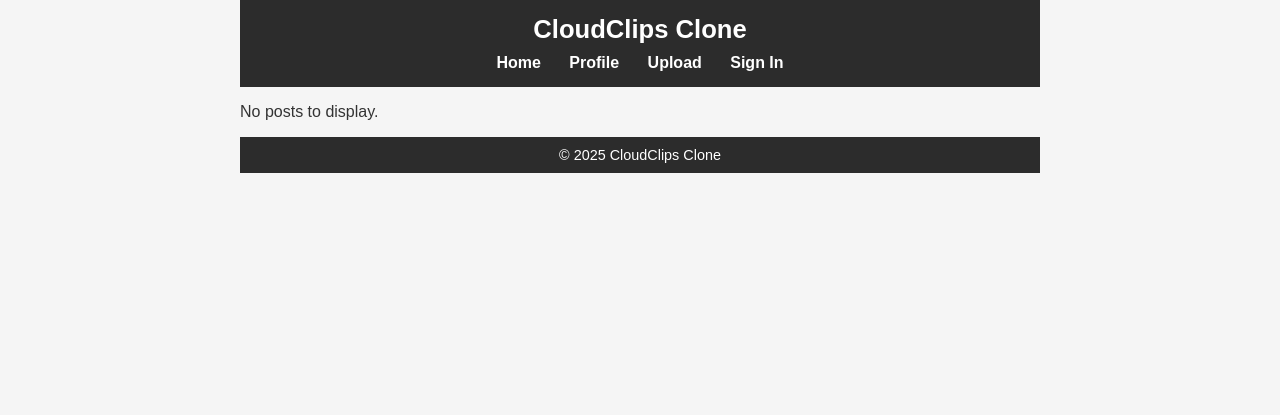
Repository: burhannaseer/CloudClips
Page: index.html
The author's editor kept a copy of each file at every save. The page is drawn from the files as they stood at one save, then again after the next save.
The browser window is 1280 px wide. The pictures show the whole page.

Above is the page before, as saved 2025-05-08 02:56:06.

### index.html
<!DOCTYPE html>
<html lang="en">
<head>
  <meta charset="UTF-8"/>
  <meta name="viewport" content="width=device-width,initial-scale=1.0"/>
  <title>CloudClips Clone – Home</title>
  <link rel="stylesheet" href="styles.css"/>
</head>
<body>
  <header class="container">
    <h1>CloudClips Clone</h1>
    <nav>
      <a href="index.html">Home</a>
      <a href="profile.html">Profile</a>
      <a href="upload.html">Upload</a>
      <a href="signin.html">Sign In</a>

    </nav>
  </header>

  <main class="container">
    <div id="feed" class="feed"></div>
  </main>

  <footer class="container">&copy; 2025 CloudClips Clone</footer>

  <script>
    // Render all posts (same JS as before, but with action buttons wired in)
    function renderPosts(containerId, onlyUserPosts = false) {
      const container = document.getElementById(containerId);
      if (!container) return;

      const posts = JSON.parse(localStorage.getItem('posts')) || [];
      const user = JSON.parse(localStorage.getItem('loggedInUser'));
      const filtered = onlyUserPosts && user
        ? posts.filter(p => p.userEmail === user.email)
        : posts;

      container.innerHTML = filtered.length
        ? filtered.map((p,i) => `
          <div class="post">
            <h3>${p.title || 'Untitled'}</h3>
            ${p.type.startsWith('video')
              ? `<video controls><source src="${p.media}" type="${p.type}"></video>`
              : `<img src="${p.media}" alt="">`
            }
            <p>${p.description}</p>
            <div class="actions">
              <button onclick="likePost(${i})">❤️ ${p.likes}</button>
              <button onclick="sharePost(${i})" title="Share">🔗</button>
              <button onclick="savePost(${i})" title="Save">💾</button>
            </div>
          </div>
        `).join('')
        : '<p>No posts to display.</p>';
    }

    // Wire up home page
    document.addEventListener('DOMContentLoaded', () => renderPosts('feed', false));

    // Existing functions: likePost, sharePost, savePost (implemented in your JS file)
  </script>
</body>
</html>

### styles.css
/* Clean Classic Instagram Clone Theme */

body {
  font-family: Arial, sans-serif;
  background-color: #f5f5f5;
  color: #333;
  margin: 0;
  padding: 0;
}

.container {
  width: 90%;
  max-width: 800px;
  margin: 0 auto;
}

header {
  background-color: #2c2c2c;
  color: white;
  padding: 15px 0;
  text-align: center;
}

header h1 {
  margin: 0;
  font-size: 1.6em;
}

header nav {
  margin-top: 10px;
}

header nav a {
  color: white;
  text-decoration: none;
  margin: 0 12px;
  font-weight: bold;
}

header nav a:hover {
  text-decoration: underline;
}

main {
  margin-top: 30px;
}

form {
  background-color: white;
  padding: 20px;
  border-radius: 8px;
  margin-bottom: 30px;
  box-shadow: 0 0 5px rgba(0, 0, 0, 0.1);
}

input, textarea {
  width: 100%;
  margin-bottom: 15px;
  padding: 10px;
  font-size: 1rem;
  border: 1px solid #ccc;
  border-radius: 4px;
}

input[type="file"] {
  padding: 6px;
}

button {
  padding: 10px 15px;
  background-color: #333;
  color: white;
  border: none;
  border-radius: 4px;
  font-weight: bold;
  cursor: pointer;
}

button:hover {
  background-color: #555;
}

.feed {
  display: flex;
  flex-direction: column;
  gap: 20px;
}

.post {
  background-color: white;
  border-radius: 10px;
  padding: 15px;
  box-shadow: 0 0 10px rgba(0,0,0,0.05);
}

.post h3 {
  margin-bottom: 10px;
  font-size: 1.2rem;
}

.post img,
.post video {
  width: 100%;
  border-radius: 6px;
  margin-bottom: 10px;
}

.post p {
  margin: 0 0 10px;
}

.actions {
  display: flex;
  justify-content: start;
  gap: 15px;
  font-size: 1.2rem;
}

.actions span {
  cursor: pointer;
}

.actions span:hover {
  opacity: 0.7;
}

footer {
  background-color: #2c2c2c;
  color: white;
  text-align: center;
  padding: 10px 0;
  margin-top: 50px;
  font-size: 0.9em;
}

/* Responsive */
@media (max-width: 600px) {
  header nav {
    display: flex;
    flex-direction: column;
    gap: 8px;
  }
}
/* Container for the entire dashboard */
.dashboard-container {
  max-width: 1200px;
  margin: 20px auto;
  padding: 0 15px;
  box-sizing: border-box;
}

/* Table styling */
.dashboard-table {
  width: 100%;
  border-collapse: collapse;
  margin-bottom: 30px;
  font-family: Arial, sans-serif;
}

/* Header row */
.dashboard-table thead {
  background-color: #2c3e50;
  color: #ecf0f1;
}

.dashboard-table th {
  padding: 12px;
  text-align: left;
  font-size: 1rem;
  border-bottom: 2px solid #34495e;
}

/* Body rows */
.dashboard-table tbody tr {
  border-bottom: 1px solid #ddd;
}

.dashboard-table tbody tr:nth-child(even) {
  background-color: #f9f9f9;
}

.dashboard-table td {
  padding: 12px;
  vertical-align: top;
  font-size: 0.9rem;
}

/* Actions column (e.g., edit, delete buttons) */
.dashboard-table .actions {
  display: flex;
  gap: 8px;
}

.dashboard-table .actions button {
  padding: 6px 12px;
  border: none;
  border-radius: 4px;
  cursor: pointer;
  font-size: 0.85rem;
  background-color: #3498db;
  color: #fff;
  transition: background-color 0.2s;
}

.dashboard-table .actions button:hover {
  background-color: #2980b9;
}

/* Responsive: horizontal scroll on small screens */
@media (max-width: 768px) {
  .dashboard-table {
    display: block;
    overflow-x: auto;
    white-space: nowrap;
  }
}

After the next save:
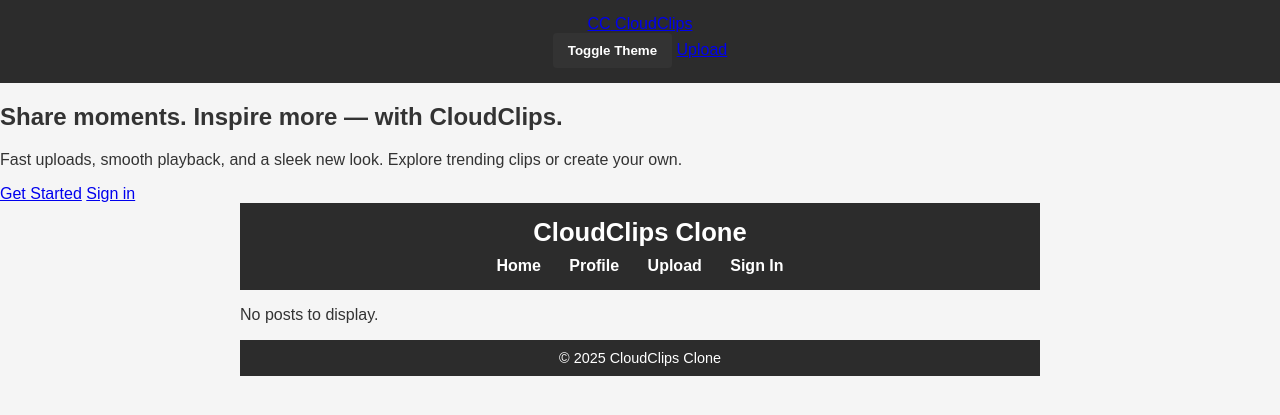
Saved 98 days later.
--- a/index.html
+++ b/index.html
@@ -3,10 +3,30 @@
 <head>
   <meta charset="UTF-8"/>
   <meta name="viewport" content="width=device-width,initial-scale=1.0"/>
-  <title>CloudClips Clone – Home</title>
+  <title>CloudClips</title>
   <link rel="stylesheet" href="styles.css"/>
 </head>
-<body>
+<header class="navbar">
+  <div class="container navbar-inner">
+    <a class="brand" href="./">
+      <span class="brand-badge">CC</span>
+      CloudClips
+    </a>
+    <div class="nav-actions">
+      <button class="theme-toggle btn btn-outline btn-pill" type="button">Toggle Theme</button>
+      <a class="btn btn-primary btn-pill" href="upload.html">Upload</a>
+    </div>
+  </div>
+</header>
+<section class="reveal" class="hero container reveal">
+  <h1>Share moments. Inspire more — with <strong>CloudClips</strong>.</h1>
+  <p>Fast uploads, smooth playback, and a sleek new look. Explore trending clips or create your own.</p>
+  <div class="mt-4">
+    <a class="btn btn-primary btn-pill" href="signup.html">Get Started</a>
+    <a class="btn btn-outline btn-pill" href="signin.html">Sign in</a>
+  </div>
+</section>
+
   <header class="container">
     <h1>CloudClips Clone</h1>
     <nav>
